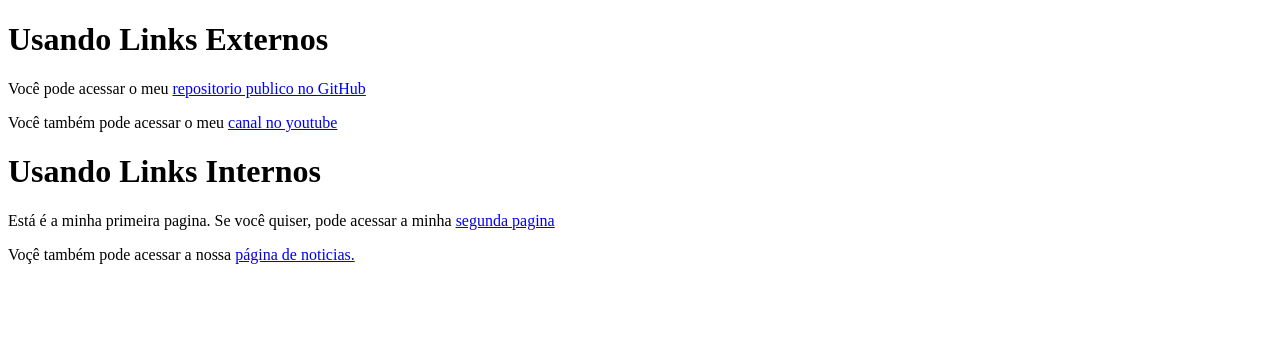
Repository: Guillermomarcon/exercicios
Page: ex0010/index.html
An editor plug-in stored every save of this project. The page is shown before and after a run of saves, followed by the edit.
The browser window is 1280 px wide. The pictures show the whole page.

Above is the page before, as saved 2020-12-14 00:17:28.

After the next 3 saves:
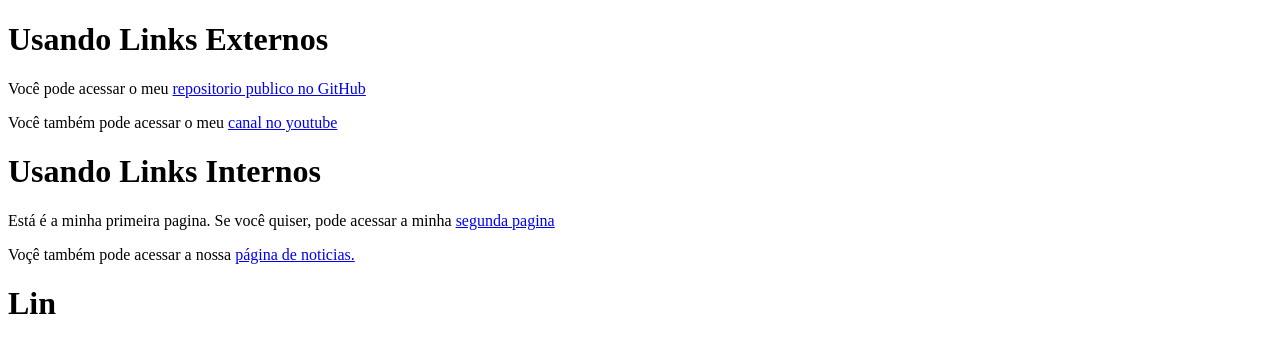
The 3 saves are shown as one change because they came seconds apart.
The last was saved 25 s later.
--- a/ex0010/index.html
+++ b/ex0010/index.html
@@ -12,6 +12,7 @@
     <h1>Usando Links Internos</h1>
     <p>Está é a minha primeira pagina. Se você quiser, pode acessar a minha <a href="index2.html" target="_blank" rel="external">segunda pagina</a> </p>
     <p>Voçê também pode acessar a nossa <a href="index3.html">página de noticias.</a></p>
+    <h1>Lin</h1>
 
 </body>
 </html>
